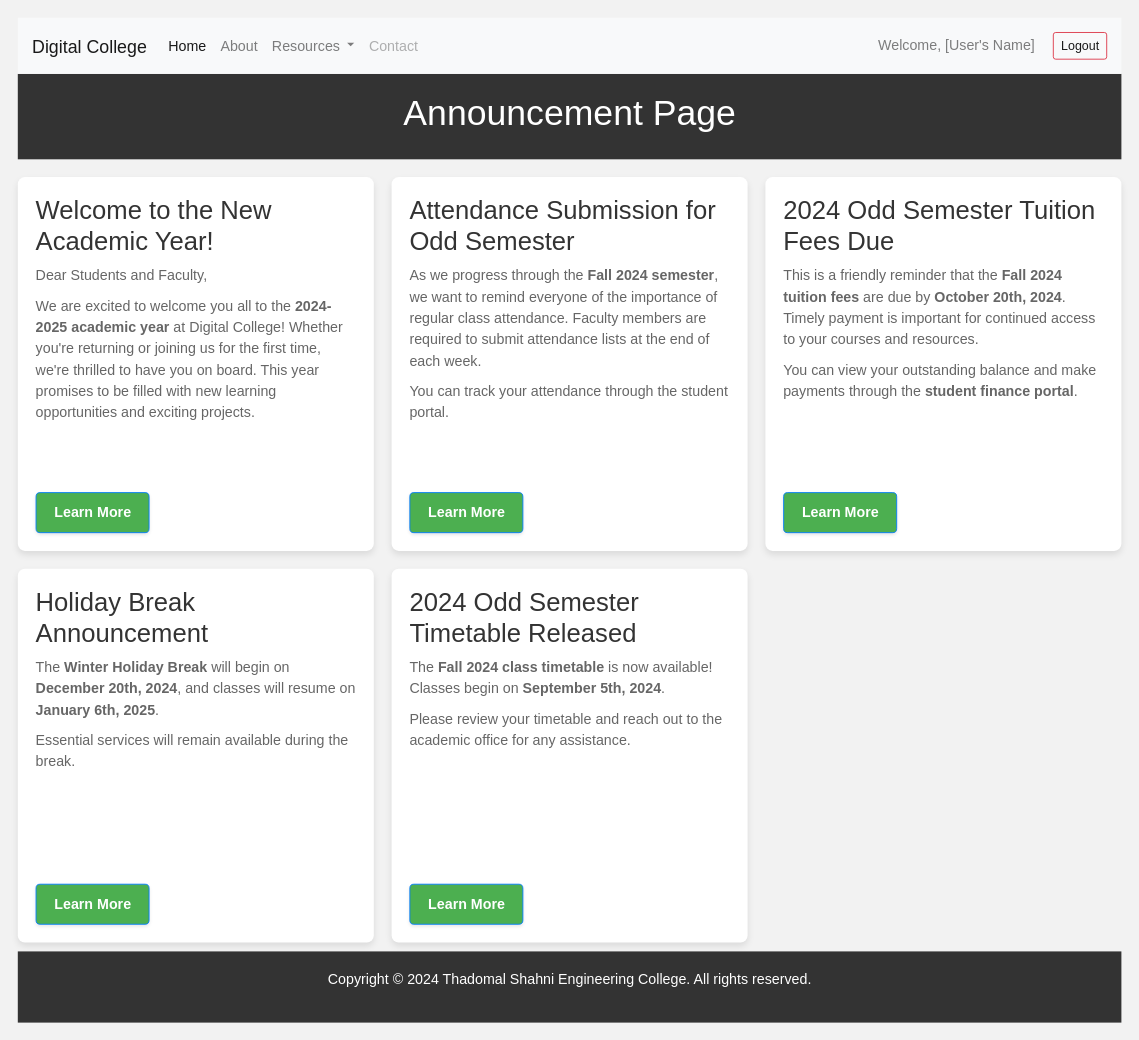
Repository: TejasS1233/MINITHON-hackathon-project
Page: annoucementpage.html
An editor plug-in stored every save of this project. The page is shown before and after the next save, followed by the edit.
The browser window is 1280 px wide. The pictures show the whole page, at 89% of full size.

Above is the page before, as saved 2024-09-20 11:16:35.

After the next save:
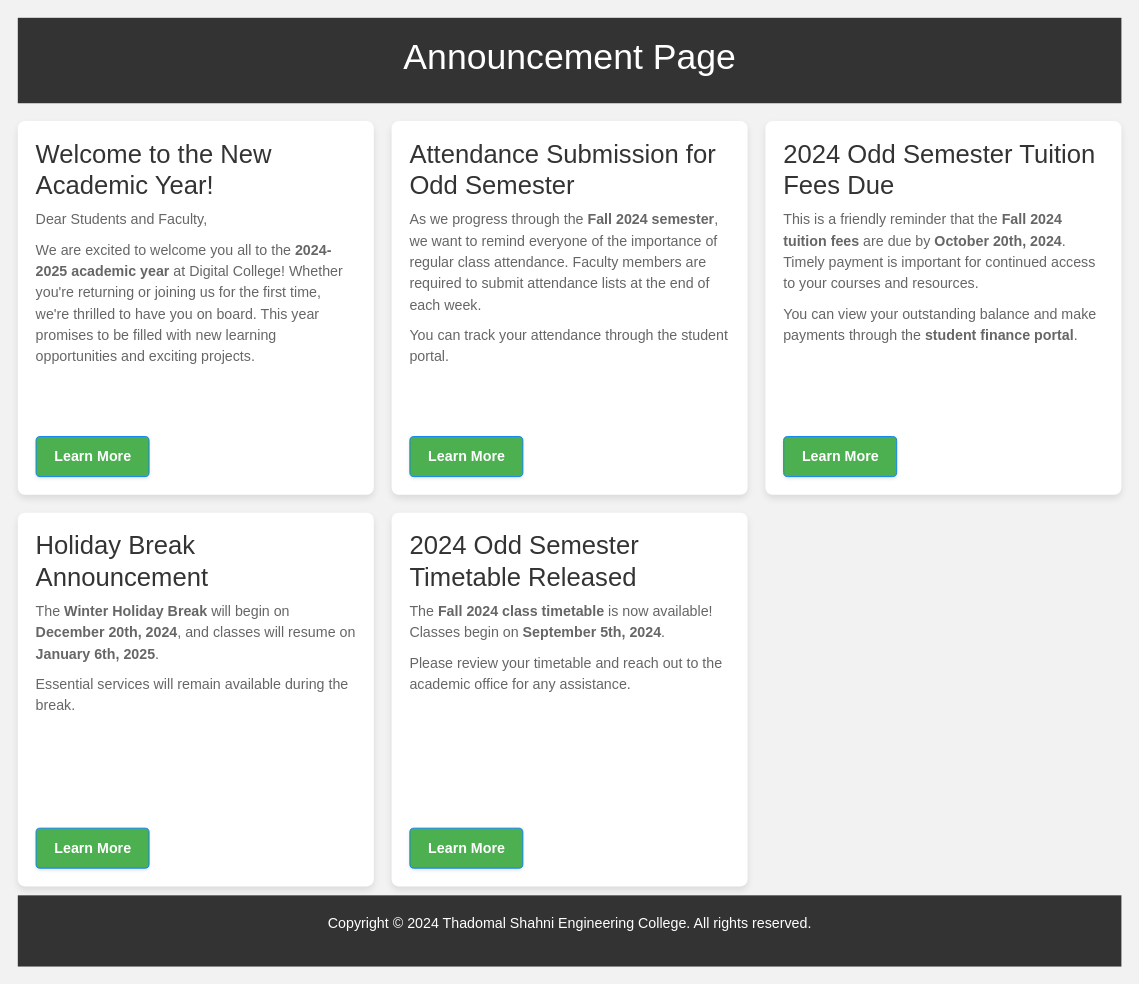
Saved 20 s later.
--- a/annoucementpage.html
+++ b/annoucementpage.html
@@ -9,7 +9,7 @@
     <link rel="stylesheet" href="announcementpage.css"> <!-- Your custom styles -->
 </head>
 <body>
-    <nav class="navbar navbar-expand-lg navbar-light bg-light">
+    <!-- <nav class="navbar navbar-expand-lg navbar-light bg-light">
         <a class="navbar-brand" href="#">Digital College</a>
         <button class="navbar-toggler" type="button" data-toggle="collapse" data-target="#navbarSupportedContent" aria-controls="navbarSupportedContent" aria-expanded="false" aria-label="Toggle navigation">
             <span class="navbar-toggler-icon"></span>
@@ -43,7 +43,7 @@
                 <a href="#" class="btn btn-outline-danger btn-sm ml-3">Logout</a>
             </div>
         </div>
-    </nav>
+    </nav> -->
 
     <div class="announcement-heading text-center">
         <h1>Announcement Page</h1>
@@ -90,8 +90,8 @@
         <p>Copyright &copy; 2024 Thadomal Shahni Engineering College. All rights reserved.</p>
     </footer>
 
-    <script src="https://code.jquery.com/jquery-3.5.1.slim.min.js"></script>
+    <!-- <script src="https://code.jquery.com/jquery-3.5.1.slim.min.js"></script>
     <script src="https://cdn.jsdelivr.net/npm/@popperjs/core@2.9.2/dist/umd/popper.min.js"></script>
-    <script src="https://stackpath.bootstrapcdn.com/bootstrap/4.5.2/js/bootstrap.min.js"></script>
+    <script src="https://stackpath.bootstrapcdn.com/bootstrap/4.5.2/js/bootstrap.min.js"></script> -->
 </body>
 </html>
